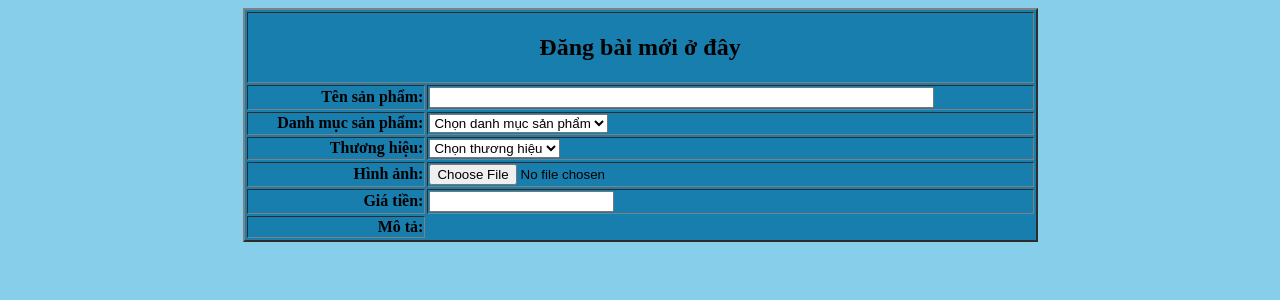
Repository: minhkhuyen1711/hpt
Page: http://localhost/website-ecommerce-php-master/admin_area/insert_product.php
These files come from the project's save history. The page is drawn as it stood at one moment and after the next save; the edit follows.
The browser window is 1280 px wide. The pictures show the whole page.
The page is run by PHP 8.4 with error messages shown; the project is at /var/www/html/. The database holds what the project's SQL file puts in it.

Above is the page before, as saved 2021-06-13 00:07:02.

### admin_area/insert_product.php

<?php
include('includes/db.php');
?>

<!DOCTYPE html>
<html lang="en">
<head>
    <meta charset="UTF-8">
    <meta http-equiv="X-UA-Compatible" content="IE=edge">
    <meta name="viewport" content="width=device-width, initial-scale=1.0">
    <title>Inserting Product</title>
</head>
<body bgcolor="skyblue">
    <form action="insert_product.php" method="post" enctype="mutipart/form-data">
        <table align="center" width="795" border="2" bgcolor="#187eae">
            <tr align="center">
                <td colspan="7"><h2>Đăng bài mới ở đây</h2></td>
            </tr>
            <tr>
                <td align="right"><b>Tên sản phẩm:</b></td>
                <td><input type="text" name="product_title" size ="60" required></td>
            </tr>
            <tr>
                <td align="right"><b>Danh mục sản phẩm:</b></td>
                <td>
                    <select name="product_cat">
                        <option>Chọn danh mục sản phẩm</option>

                        <?php
                        $get_cats = "select * from categories";

                        $run_cats = mysqli_query($con, $get_cats);

                        while($row_cats=mysqli_fetch_array($run_cats)){
                          $cat_id = $row_cats['cat_id'];

                          $cat_title = $row_cats['cat_title'];

                          echo "<option value='$cat_id'>$cat_title</option>";
                        }
                        ?>
                    </select>
                </td>
            </tr>

            <tr>
                <td align="right"><b>Thương hiệu:</b></td>
                <td>
                    <select name="product_cat">
                        <option>Chọn thương hiệu</option>

                        <?php
                        $get_brands = "select * from brands";

                        $run_brands = mysqli_query($con, $get_brands);

                        while($row_brands = mysqli_fetch_array($run_brands)){
                          $brand_id = $row_brands['brand_id'];

                          $brand_title = $row_brands['brand_title'];

                          echo "<option value='$brand_id'>$brand_title</option>";
                        }
                        ?>
                    </select>
                </td>
            </tr>

            <tr>
                <td align="right"><b>Hình ảnh:</b></td>
                <td><input type="file" name="product_image"></td>
            </tr>

            <tr>
                <td align="right"><b>Giá tiền:</b></td>
                <td><input type="text" name="product_price" required></td>
            </tr>
            <tr>
                <td align="right"><b>Mô tả:</b></td>
            </tr>
        </table>
    </form>
</body>
</html>

### admin_area/includes/db.php
 <!-- kết nối với mysql -->
<?php
    $con = mysqli_connect("localhost","root","","thuongmaidientu");

    if(mysqli_connect_error()){
        echo("failed to connect to mysql." . mysqli_connect_error());
    }else{

    }

?>

### sql/thuongmaidientu.sql (the tables this page reads)
CREATE TABLE `brands` (
  `brand_id` int(100) NOT NULL,
  `brand_title` varchar(250) COLLATE utf8mb4_unicode_ci NOT NULL
) ENGINE=InnoDB DEFAULT CHARSET=utf8mb4 COLLATE=utf8mb4_unicode_ci;

INSERT INTO `brands` (`brand_id`, `brand_title`) VALUES
(1, 'HP'),
(2, 'DELL'),
(3, 'LG'),
(5, 'Sony'),
(7, 'Lenovo'),
(8, 'Apple'),
(13, 'Asus'),
(14, 'Acer'),
(15, 'Sam Sung');

ALTER TABLE `brands`
  ADD PRIMARY KEY (`brand_id`);

ALTER TABLE `brands`
  MODIFY `brand_id` int(100) NOT NULL AUTO_INCREMENT, AUTO_INCREMENT=16;

CREATE TABLE `categories` (
  `cat_id` int(100) NOT NULL,
  `cat_title` varchar(100) COLLATE utf8mb4_unicode_ci NOT NULL
) ENGINE=InnoDB DEFAULT CHARSET=utf8mb4 COLLATE=utf8mb4_unicode_ci;

INSERT INTO `categories` (`cat_id`, `cat_title`) VALUES
(1, 'PC'),
(2, 'TV'),
(3, 'Laptop'),
(4, 'Phụ kiện'),
(5, 'Máy ảnh'),
(6, 'Điện thoại');

ALTER TABLE `categories`
  ADD PRIMARY KEY (`cat_id`);

ALTER TABLE `categories`
  MODIFY `cat_id` int(100) NOT NULL AUTO_INCREMENT, AUTO_INCREMENT=13;

After the next save:
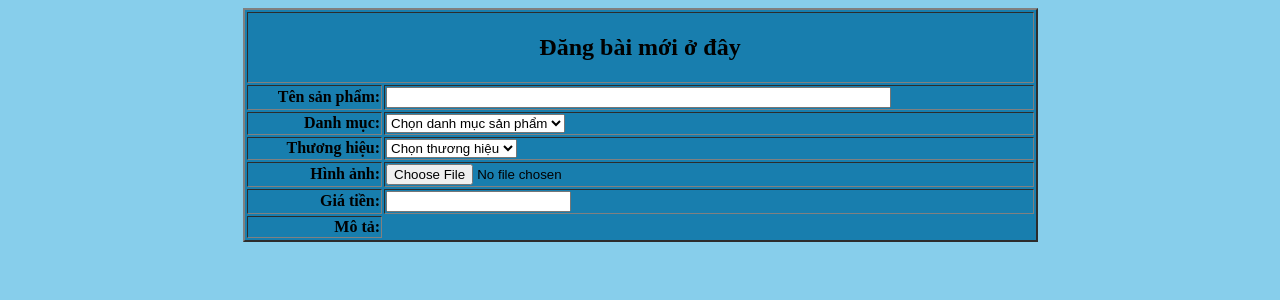
Saved 10 s later.
--- a/admin_area/insert_product.php
+++ b/admin_area/insert_product.php
@@ -22,7 +22,7 @@ include('includes/db.php');
                 <td><input type="text" name="product_title" size ="60" required></td>
             </tr>
             <tr>
-                <td align="right"><b>Danh mục sản phẩm:</b></td>
+                <td align="right"><b>Danh mục:</b></td>
                 <td>
                     <select name="product_cat">
                         <option>Chọn danh mục sản phẩm</option>
